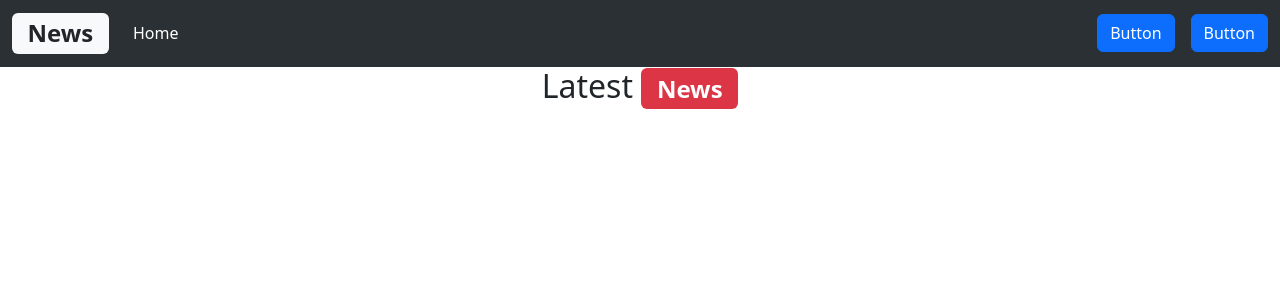
Repository: sshaiv/News_app
Page: /signup
The author's editor kept a copy of each file at every save. The page is drawn from the files as they stood at one save, then again after a run of saves.
The browser window is 1280 px wide. The pictures show the whole page.
The page's requests for data from a server got no answer. The project was rebuilt for these pictures with package versions that can differ from the ones it lists, and the page was loaded fresh each time. No one was signed in, and anything a server would have sent is missing. Also part of the build but not shown: vite.config.js, src/Components/NewsItem.jsx, src/index.css.

Above is the page before, as saved 2024-07-15 12:13:46.

### index.html
<!doctype html>
<html lang="en">
  <head>
    <meta charset="UTF-8" />

    <meta name="viewport" content="width=device-width, initial-scale=1.0" />
    <title>News Mag</title>
    <link href="https://cdn.jsdelivr.net/npm/bootstrap@5.3.3/dist/css/bootstrap.min.css" rel="stylesheet" integrity="sha384-QWTKZyjpPEjISv5WaRU9OFeRpok6YctnYmDr5pNlyT2bRjXh0JMhjY6hW+ALEwIH" crossorigin="anonymous">
  </head>
  <body>
    <div id="root"></div>
    <script type="module" src="/src/main.jsx"></script>
    <script src="https://cdn.jsdelivr.net/npm/bootstrap@5.3.3/dist/js/bootstrap.bundle.min.js" integrity="sha384-YvpcrYf0tY3lHB60NNkmXc5s9fDVZLESaAA55NDzOxhy9GkcIdslK1eN7N6jIeHz" crossorigin="anonymous"></script>
  </body>
</html>

### src/App.jsx
// import React from 'react'
import Navbar from "./Components/Navbar"
import NewsBoard from "./Components/NewsBoard"
const App = () => {
  return (
    <div>
    <Navbar/>
    <NewsBoard/>


    </div>
  )
}

export default App

### src/Components/Navbar.jsx


const Navbar = () => {
  return (
    <div>
      <nav className="navbar navbar-expand-lg bg-body-tertiary" data-bs-theme="dark">
  <div className="container-fluid">
    <a className="navbar-brand" href="#"> <span className="badge bg-light  text-dark fs-4">News</span> </a>
    <button className="navbar-toggler" type="button" data-bs-toggle="collapse" data-bs-target="#navbarNav" aria-controls="navbarNav" aria-expanded="false" aria-label="Toggle navigation">
      <span className="navbar-toggler-icon"></span>
    </button>
    <div className="collapse navbar-collapse" id="navbarNav">
      <ul className="navbar-nav">
        <li className="nav-item">
          <a className="nav-link active" aria-current="page" href="#">Home</a>
        </li>
      </ul>
    </div>

    <div class="d-grid gap-2 d-md-flex justify-content-md-end">
  <button class="btn btn-primary me-md-2" type="button">Button</button>
  <button class="btn btn-primary" type="button">Button</button>
</div>
  </div>
</nav>
    </div>
  )
}

export default Navbar

### src/Components/NewsBoard.jsx
import { useEffect } from "react";
import { useState } from "react"
import NewsItem from "./NewsItem";

const NewsBoard = () => {

    const [articles,setArticles]=useState([]);

useEffect(()=>{
    let url = `https://newsapi.org/v2/top-headlines?country=us&category=business&apiKey=${import.meta.env.VITE_API_KEY}`;
    fetch(url).then(response=>response.json()).then(data=>setArticles(data.articles));
},[])

  return (
    <div>
      <h2 className="text-center">Latest <span className="badge bg-danger">News</span> </h2>
    {articles.map((news,index)=>{
        return <NewsItem key={index} title={news.title} description={news.description} src={news.urlToImage}  url={news.url} />
    })}
    </div>
  )
}

export default NewsBoard

Loaded but not shown: src/main.jsx (common file)

After the next 2 saves:
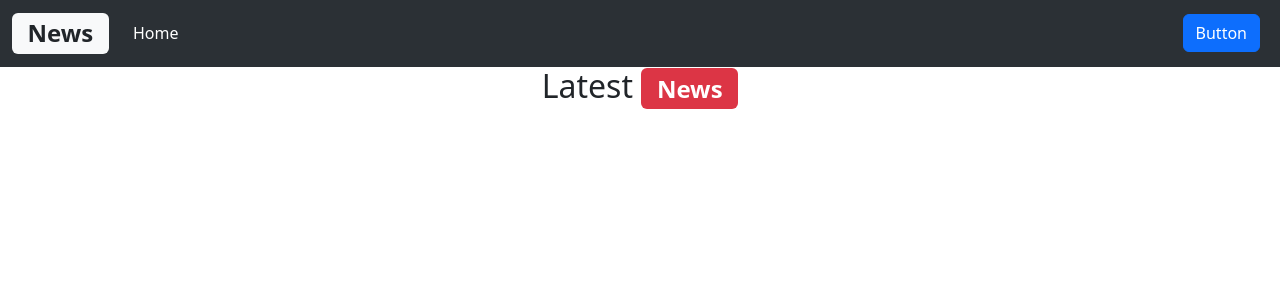
The 2 saves are shown as one change because they came seconds apart.
The last was saved 12 s later.
--- a/src/Components/Navbar.jsx
+++ b/src/Components/Navbar.jsx
@@ -19,7 +19,6 @@ const Navbar = () => {
 
     <div class="d-grid gap-2 d-md-flex justify-content-md-end">
   <button class="btn btn-primary me-md-2" type="button">Button</button>
-  <button class="btn btn-primary" type="button">Button</button>
 </div>
   </div>
 </nav>
